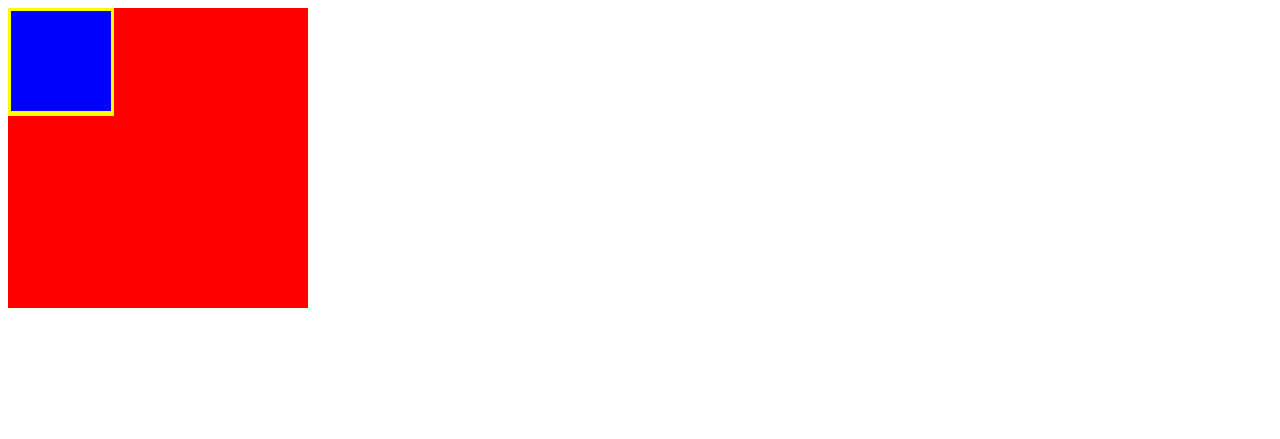
Repository: yymmyymm/review-sub1
Page: box/box.html
The author's editor kept a record of every edit. The page is drawn from the files as they stood at one moment, then again after the next edit.
The browser window is 1280 px wide. The pictures show the whole page.

Above is the page before.

After the next edit:
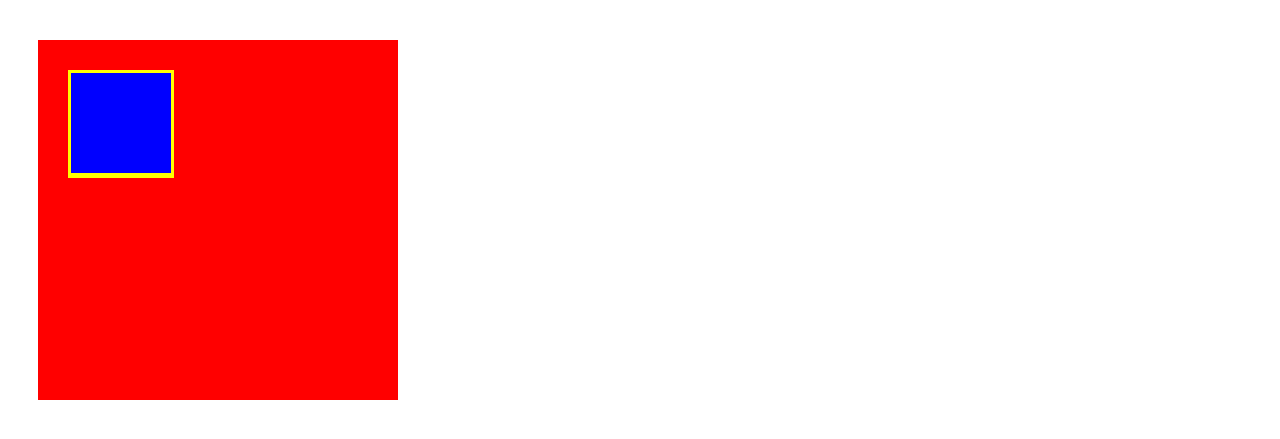
The edit:
--- a/box/box.css
+++ b/box/box.css
@@ -2,6 +2,9 @@
   width: 300px;
   height: 300px;
   background-color: red;
+  margin: 30px;
+  padding: 30px;
+  margin-top: 40px;    /* 上側に40pxのmarginを指定 */
 }
 .box2 {
   width: 100px;
